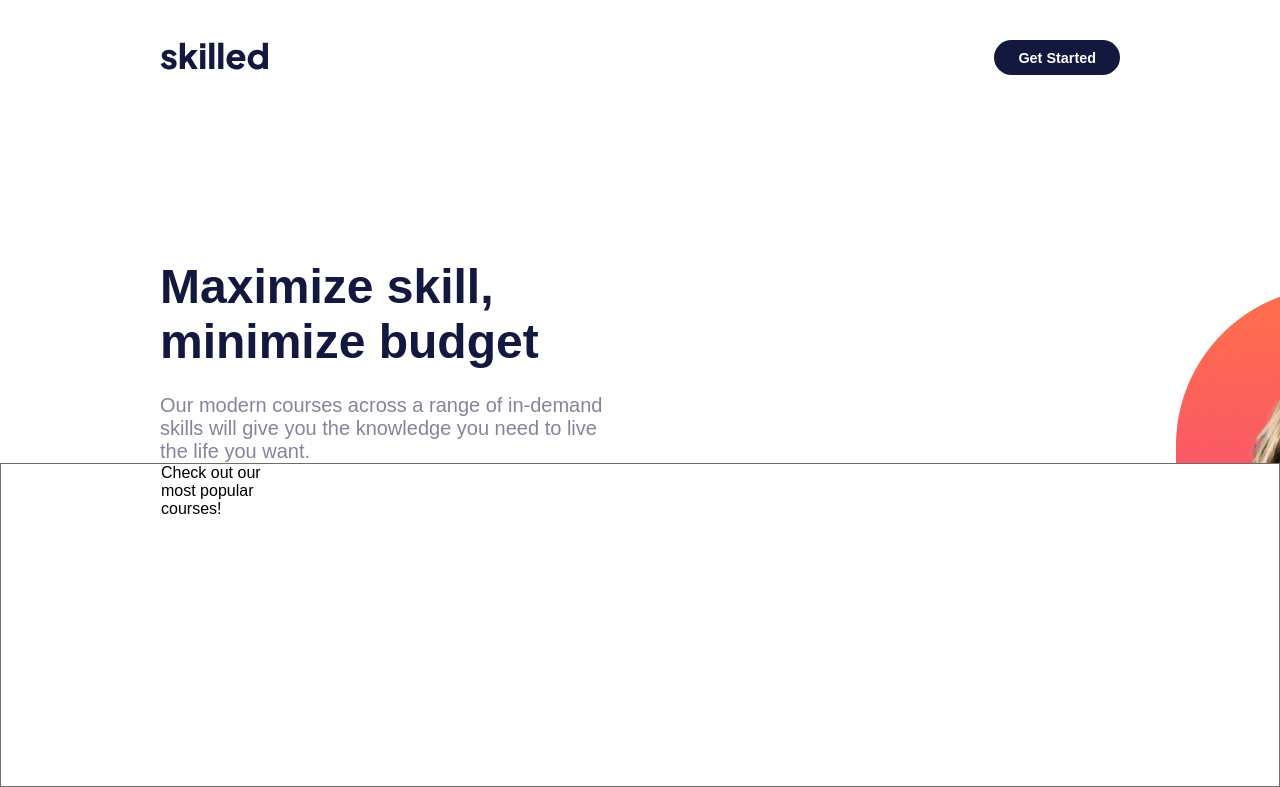
Repository: exe-walt/E-Learning-Landing-Page
Page: index.html
The author's editor kept a copy of each file at every save. The page is drawn from the files as they stood at one save, then again after the next save.
The browser window is 1280 px wide. The pictures show the whole page.
Some web fonts or font styles are not loaded; a fallback is used.

Above is the page before, as saved 2025-05-28 14:01:24.

### index.html
<!DOCTYPE html> <!-- Document type declaration for HTML5 -->
<html lang="en">
<head>
  <meta charset="UTF-8"> <!-- Character encoding set to UTF-8 -->
  <meta name="viewport" content="width=device-width, initial-scale=1.0"> <!-- Responsive design meta tag -->
  <title>Skilled E-Learning Page</title> <!-- Page title -->
  <link rel="stylesheet" href="css/style.css"> <!-- Link to external CSS file -->
  <link href="https://fonts.cdnfonts.com/css/plus-jakarta-sans" rel="stylesheet"> <!-- Import custom font -->
</head>
<body>
  <div class="content-container"> <!-- Main content container -->

    <!-- NAVBAR SECTION -->
    <div class="navbar">
      <ul>
        <li id="logo">
          <img src="img/skilled-logo.svg" alt="logo">
        </li>
        <li class="navbar-button">
          <button>Get Started</button> <!-- Call-to-action button -->
        </li>
      </ul>
    </div>

    <!-- HERO SECTION -->
    <div class="hero-section">
      <div class="hero-text">
        <h1>Maximize skill, <br>minimize budget</h1>

        <p>
          Our modern courses across a range of in-demand <br> skills will give you the knowledge you need to live <br> the life you want.
        </p>
      </div>
    </div>

    <!--Popular Courses Cards-->
    <div class="courses-container">
      <div class="main-left">
        <p>Check out our <br>most popular <br>courses! </p>
      </div>
      <div class="animation-card"></div>
      <div class="design-card"></div>
    </div>


  </div>

</body>
</html>

### css/style.css
* {
  box-sizing: border-box;
  margin: 0;
  padding: 0;
}

.navbar, .hero-section{
  background-image: url(../img/Group19.png);
}

body {
  font-family: "Plus Jakarta Sans", sans-serif;
  margin: 0;
  display: flex;
  justify-content: center;
  align-items: center;
}

.content-container {
  background-color: #ffffff;
  max-width: 100%;
  width: 100%;
  height: auto;
}

.navbar {
  display: flex;
  justify-content: space-between;
  align-items: center;
  background-color: white;
  margin-left: 10em;
  margin-right: 10em;
  margin-top: 2.5em;
}

.navbar ul {
  display: flex;
  align-items: center;
  justify-content: space-between;
  width: 100%;
  list-style: none;
}

#logo img {
  height: 1.75em;
  width: auto;
}

.navbar-button button {
  background-color: #13183f;
  color: white;
  border: none;
  border-radius: 999px;
  padding: 0.6rem 1.5rem;
  font-weight: 600;
  font-size: 0.9rem;
  cursor: pointer;
  transition: background-color 0.3s ease;
}

.navbar-button button:hover {
  background-color: #666ca3;
}

.hero-section {
  display: flex;
}

.hero-text {
  margin-left: 10em;
  margin-top: 11.5em;
}

.hero-text h1 {
  font-weight: 800; /* ExtraBold */
  font-size: 3rem;
  color: #13183f;
}

.hero-text p {
  font-weight: 400; /* Medium */
  font-size: 1.25rem;
  color: #83869a;
  padding-top: 1.25em;
}

.courses-container{
  max-width: 100%;
  width: 100%;
  height: auto;
  border: 1px solid #6d6d6d;
  padding-left: 10em;
}

.main-left{
  width: 350px;
  height: 322px;
  border-radius: 12px;
  background: #F02AA6 - FF6F48; /* apply the gradient here */
}

After the next save:
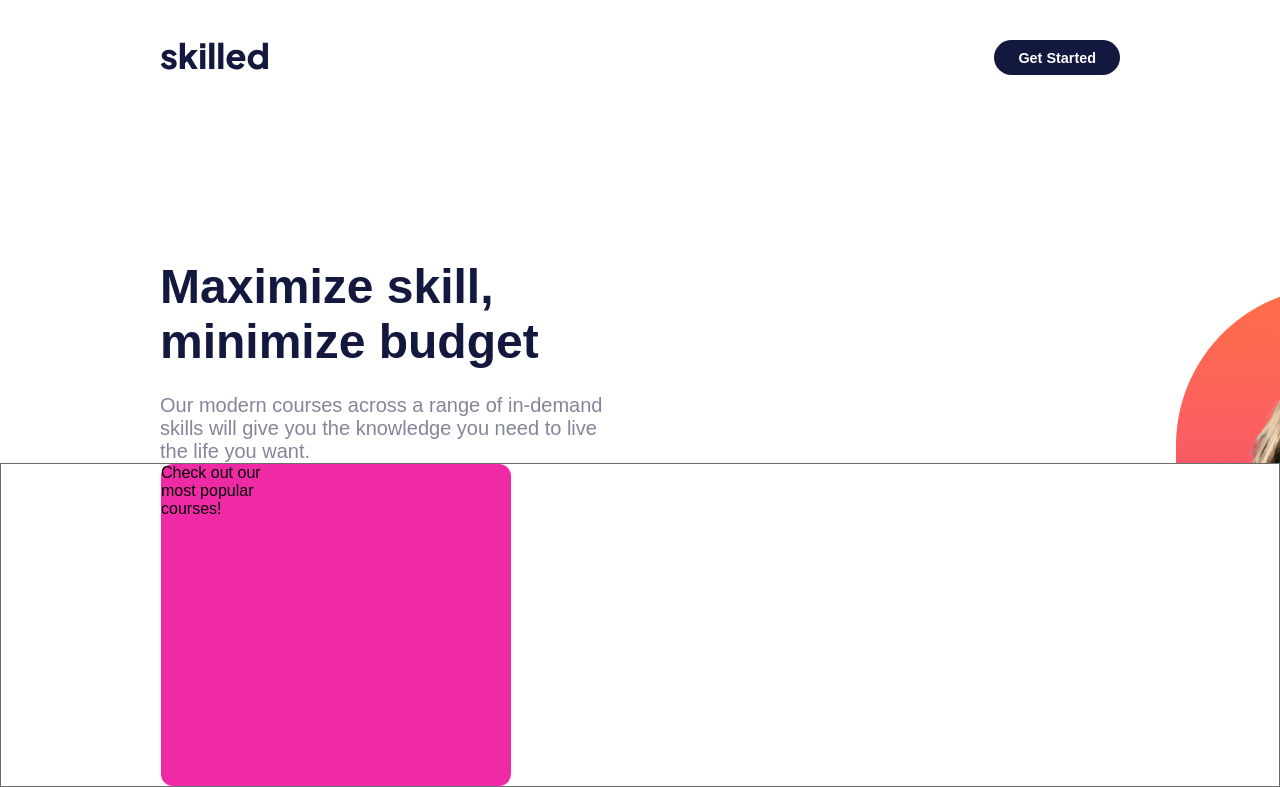
Saved 7 s later.
--- a/css/style.css
+++ b/css/style.css
@@ -96,5 +96,5 @@ body {
   width: 350px;
   height: 322px;
   border-radius: 12px;
-  background: #F02AA6 - FF6F48; /* apply the gradient here */
+  background: #F02AA6; /* apply the gradient here */
 }

After the save that followed:
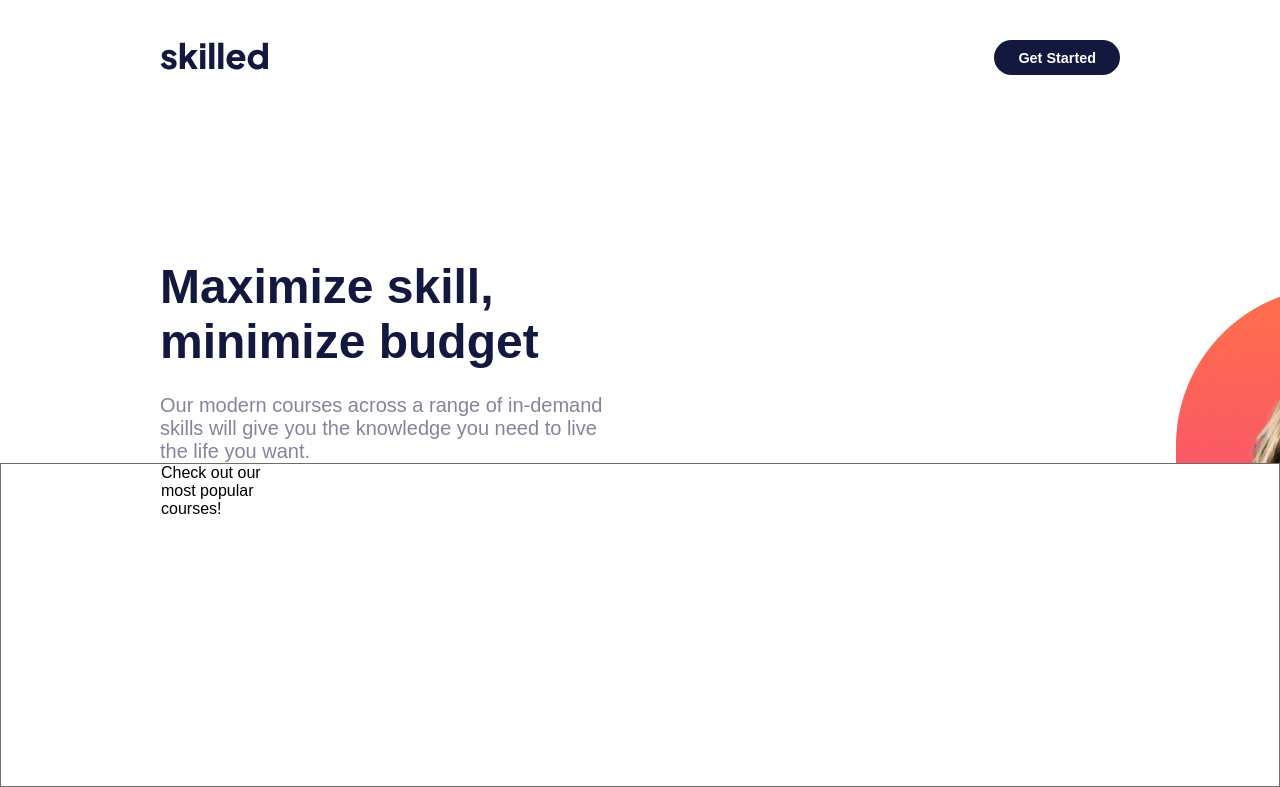
Saved 5 s later.
--- a/css/style.css
+++ b/css/style.css
@@ -96,5 +96,5 @@ body {
   width: 350px;
   height: 322px;
   border-radius: 12px;
-  background: #F02AA6; /* apply the gradient here */
+  background: #F02AA6 - FF6F48; /* apply the gradient here */
 }
